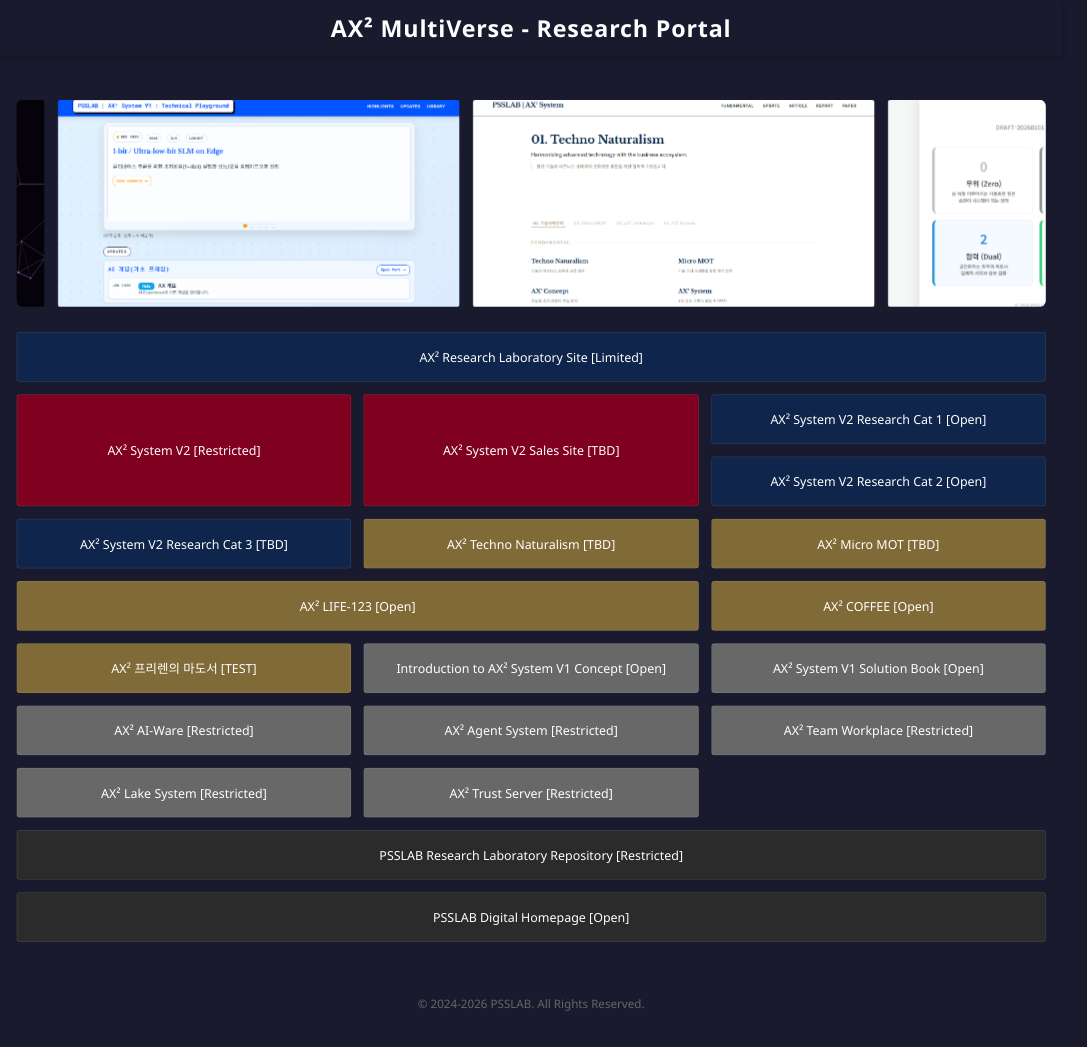
Repository: hycse89/PSSLAB_OpenSite
Page: psslab_multiverse_v3.html
The author's editor kept a copy of each file at every save. The page is drawn from the files as they stood at one save, then again after a run of saves.
The browser window is 1280 px wide. The page is 1310 px wide, so the pictures cover 1310 px, including what lies to the right of the window. The pictures show the whole page, at 83% of full size.

Above is the page before, as saved 2026-01-11 21:58:17.

After the next 4 saves:
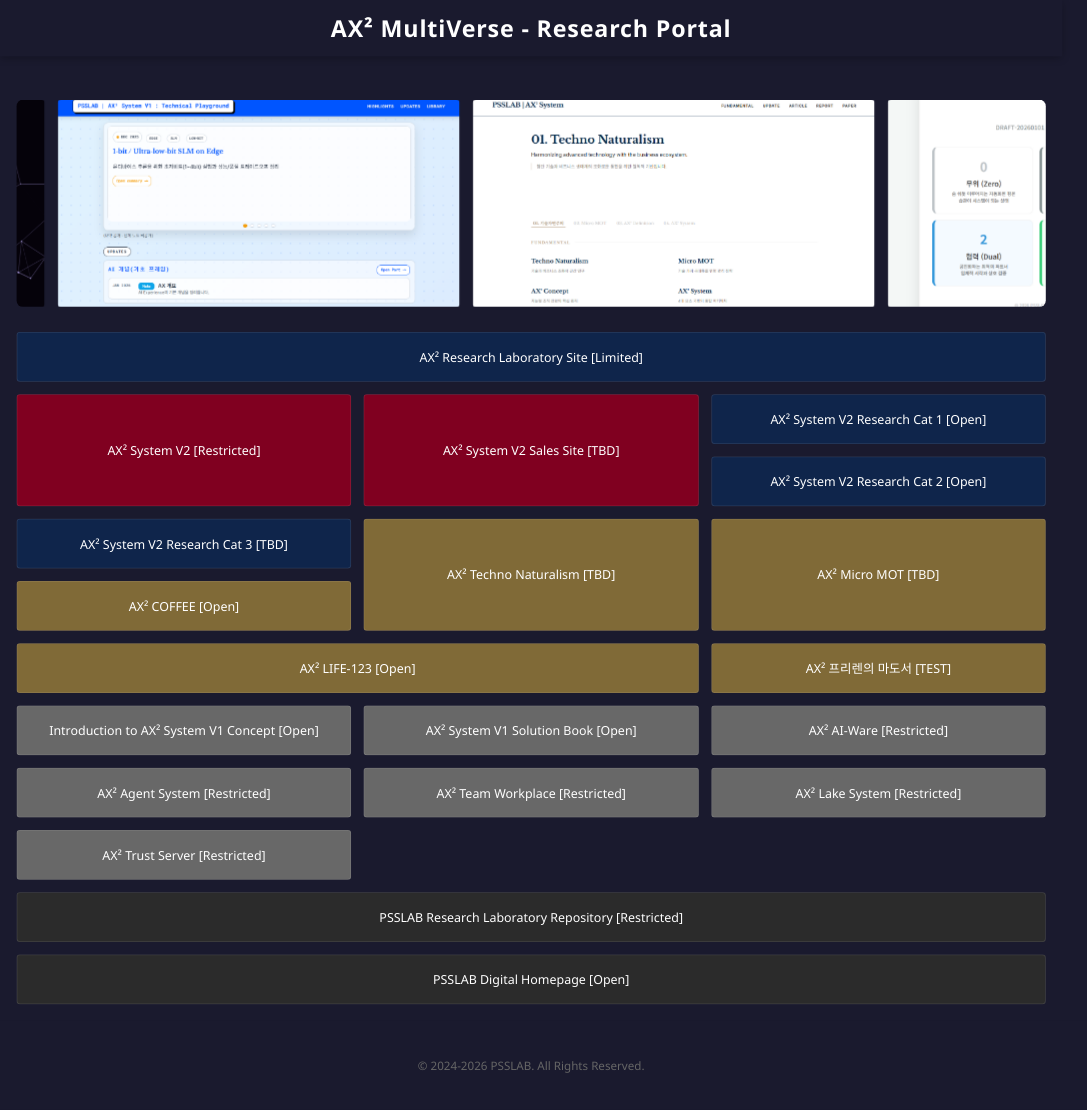
The 4 saves are shown as one change because they came seconds apart.
The last was saved 19 s later.
--- a/psslab_multiverse_v3.html
+++ b/psslab_multiverse_v3.html
@@ -193,11 +193,8 @@
             <a href="ax2_v2_20260101/index.html" class="link-button color-1 h-1">AX² System V2 Research Cat 2 [Open]</a>
             <a href="ax2_v3_20260101/index.html" class="link-button color-1 h-1">AX² System V2 Research Cat 3 [TBD]</a>
 
-            <a href="http://localhost:8001/utils/markdown_viewer.html?file=/ax_research/doc/doc_ax_techno_naturalism_v5.md" class="link-button color-3 h-1">AX² Techno Naturalism [TBD]</a>
-
-            <a href="http://localhost:8001/utils/markdown_viewer.html?file=/ax_research/doc/doc_ax_micro_mot_v2.md" class="link-button color-3 h-1">AX² Micro MOT [TBD]</a>
-
-
+            <a href="http://localhost:8001/utils/markdown_viewer.html?file=/ax_research/doc/doc_ax_techno_naturalism_v5.md" class="link-button color-3 h-2">AX² Techno Naturalism [TBD]</a>
+            <a href="http://localhost:8001/utils/markdown_viewer.html?file=/ax_research/doc/doc_ax_micro_mot_v2.md" class="link-button color-3 h-2">AX² Micro MOT [TBD]</a>
 
 
             <a href="http://localhost:8001/ax_site/ax2_life_123/index.html" class="link-button color-3 w-2 h-1">AX² LIFE-123 [Open]</a>
